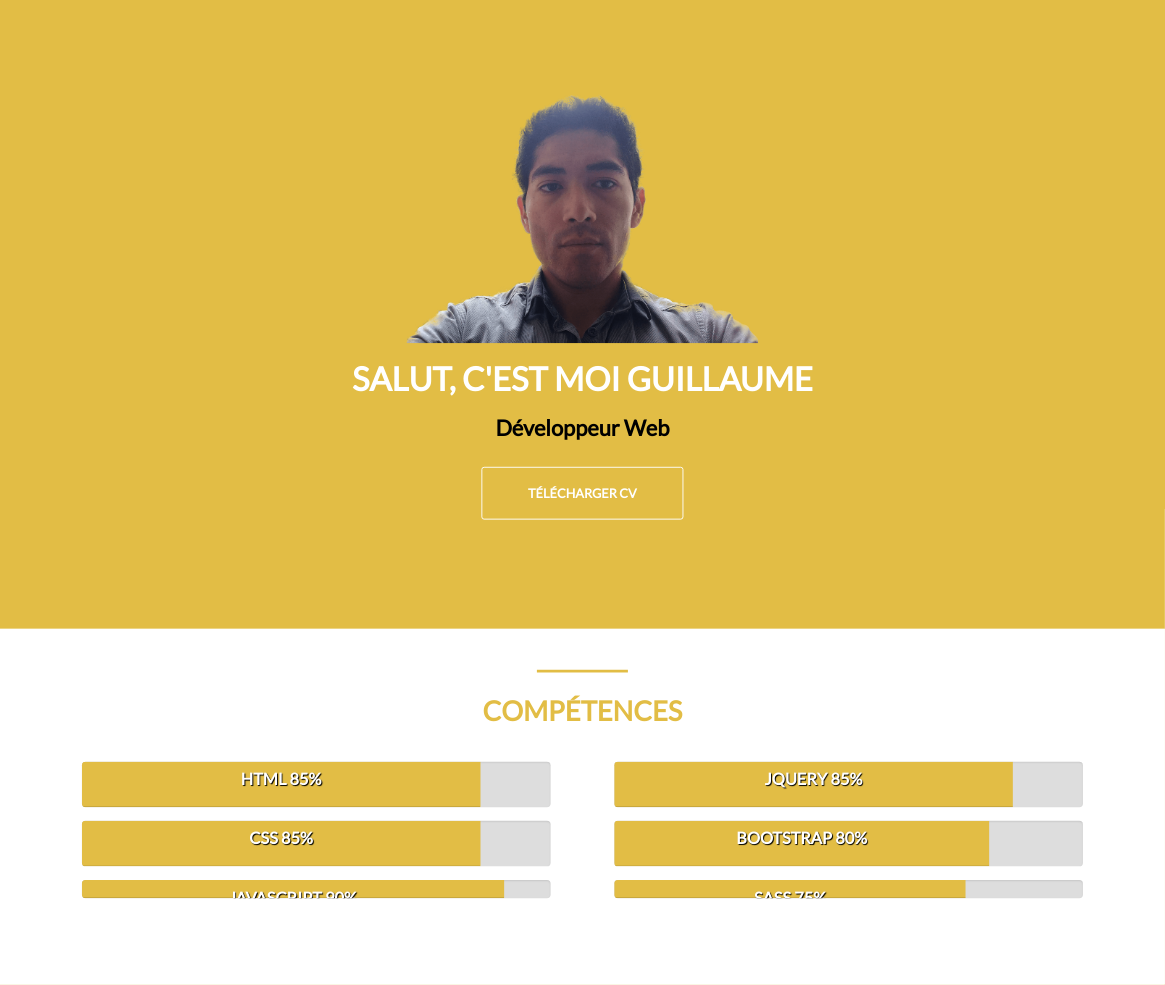
Repository: 0Memo/mon-cv
Page: index.html
The author's editor kept a copy of each file at every save. The page is drawn from the files as they stood at one save, then again after a run of saves.
The browser window is 1280 px wide. The pictures show the whole page, at 91% of full size.

Above is the page before, as saved 2020-12-28 21:25:05.

### index.html
<!DOCTYPE html>
<html lang="en">
    <head>
        <meta charset="UTF-8">
        <meta name="viewport" content="width=device-width, initial-scale=1.0">
        <meta name="description" content="Voici mon cv, vous pourrez découvrir mon parcours de formation, et mes expériences professionnelles">
        <meta name="author" content="Guillaume Mehats">
        <title>Mon CV</title>
        <link rel="preconnect" href="https://fonts.gstatic.com">
        <link href="https://fonts.googleapis.com/css2?family=Lato&display=swap" rel="stylesheet">
        <link rel="stylesheet" href="css/bootstrap.min.css">
        <link rel="stylesheet" href="css/styles.css">
        <link rel="shortcut icon" href="img/colombia.png">
    </head>
    <body>
        <section id="about" class="container-fluid">
            <div class="col-xs-8 col-md-4 profile-picture">
                <img src="img/photo.png" alt="Guillaume" class="rounded-circle">
            </div>
            <div class="heading">
                <h1>Salut, c'est moi Guillaume</h1>
                <h3>Développeur Web</h3>
                <a href="docs/CV_Guillaume_Mehats.pdf" class="button1">Télécharger CV</a>
            </div>
        </section>

        <section id="skills">
            <div class="yellow-divider">
            </div>
            <div class="heading">
                <h2>Compétences</h2>
            </div>
            <div class="container">
                <div class="row">
                    <div class="col-md-6">
                        <div class="progress">
                            <div class="progress-bar" role="progressbar" aria-valuenow="85" aria-valuemin="0" aria-valuemax="100" style="width:85%">
                                <h5>HTML 85%</h5>
                            </div>
                        </div>
                        <div class="progress">
                            <div class="progress-bar" role="progressbar" aria-valuenow="85" aria-valuemin="0" aria-valuemax="100" style="width:85%">
                                <h5>CSS 85%</h5>
                            </div>
                        </div>
                        <div class="progress">
                            <div class="progress-bar" role="progressbar" aria-valuenow="90" aria-valuemin="0" aria-valuemax="100" style="width:90%">
                                <h5>JAVASCRIPT 90%</h5>
                            </div>
                        </div>
                    </div>
                    <div class="col-md-6">
                        <div class="progress">
                            <div class="progress-bar" role="progressbar" aria-valuenow="85" aria-valuemin="0" aria-valuemax="100" style="width:85%">
                                <h5>JQUERY 85%</h5>
                            </div>
                        </div>
                        <div class="progress">
                            <div class="progress-bar" role="progressbar" aria-valuenow="80" aria-valuemin="0" aria-valuemax="100" style="width:80%">
                                <h5>BOOTSTRAP 80%</h5>
                            </div>
                        </div>
                        <div class="progress">
                            <div class="progress-bar" role="progressbar" aria-valuenow="75" aria-valuemin="0" aria-valuemax="100" style="width:75%">
                                <h5>SASS 75%</h5>
                            </div>
                        </div>
                    </div>
                </div>
            </div>
        </section>


        <script src="js/jquery-3.5.1.min.js"></script>
        <script src="https://cdn.jsdelivr.net/npm/popper.js@1.16.0/dist/umd/popper.min.js" integrity="sha384-Q6E9RHvbIyZFJoft+2mJbHaEWldlvI9IOYy5n3zV9zzTtmI3UksdQRVvoxMfooAo" crossorigin="anonymous"></script>
        <script src="js/bootstrap.min.js"></script>
        <script src="js/script.js"></script>
    </body>
</html>

### css/styles.css
body {
    font-family: 'Lato', sans-serif;
}

h1, h2, h3, h4, h5, h6 {
    font-weight: bold;
}


.profile-picture {
    text-align: center;
    margin: 0 auto;
    float: none;
}

img {
    max-width: 100%;
    height: auto;
}

section {
    padding: 45px 0 80px 0;
}

#about {
    padding-top: 100px;
    background: #e2bd45;
}

#about  .heading {
    text-align: center;
    padding-bottom: 40px;
}

#about .heading h1 {
    color: #fff;
    text-transform: uppercase;
}

#about .heading h3 {
    color: #000;
}

#about .heading .button1 {
    color: #fff;
    font-weight: bold;
    text-transform: uppercase;
    border: 1px solid #fff;
    margin-top: 20px;
    display: inline-block;
    padding: 18px 50px;
    border-radius: 3px;
    transition: all 0.3s ease-in 0s;
}

#about .heading .button1:hover {
    text-decoration: none;
    background: #fff;
    color: #e2bd45;
}

#skills {
    background: #fff;
}

#skills .yellow-divider {
    width: 100px;
    height: 3px;
    background: #e2bd45;
    margin: 0 auto;
}

#skills .heading h2 {
    color: #e2bd45;
    text-align: center;
    text-transform: uppercase;
    margin: 25px;
}

#skills .progress {
    margin: 15px 20px;
    background: #ddd;
}

#skills .progress:not(:last-child) {
    height: 50px;
}

#skills .progress .progress-bar {
    background: #e2bd45;
}


#skills .progress .progress-bar h5 {
    text-shadow: 1px 1px 1px #000;
    font-size: 18px;
    line-height: 18px;
}

Loaded but not shown: css/bootstrap.min.css (library); js/jquery-3.5.1.min.js (library); js/bootstrap.min.js (library); js/script.js (no copy from this time; the picture is the same without it)

After the next 2 saves:
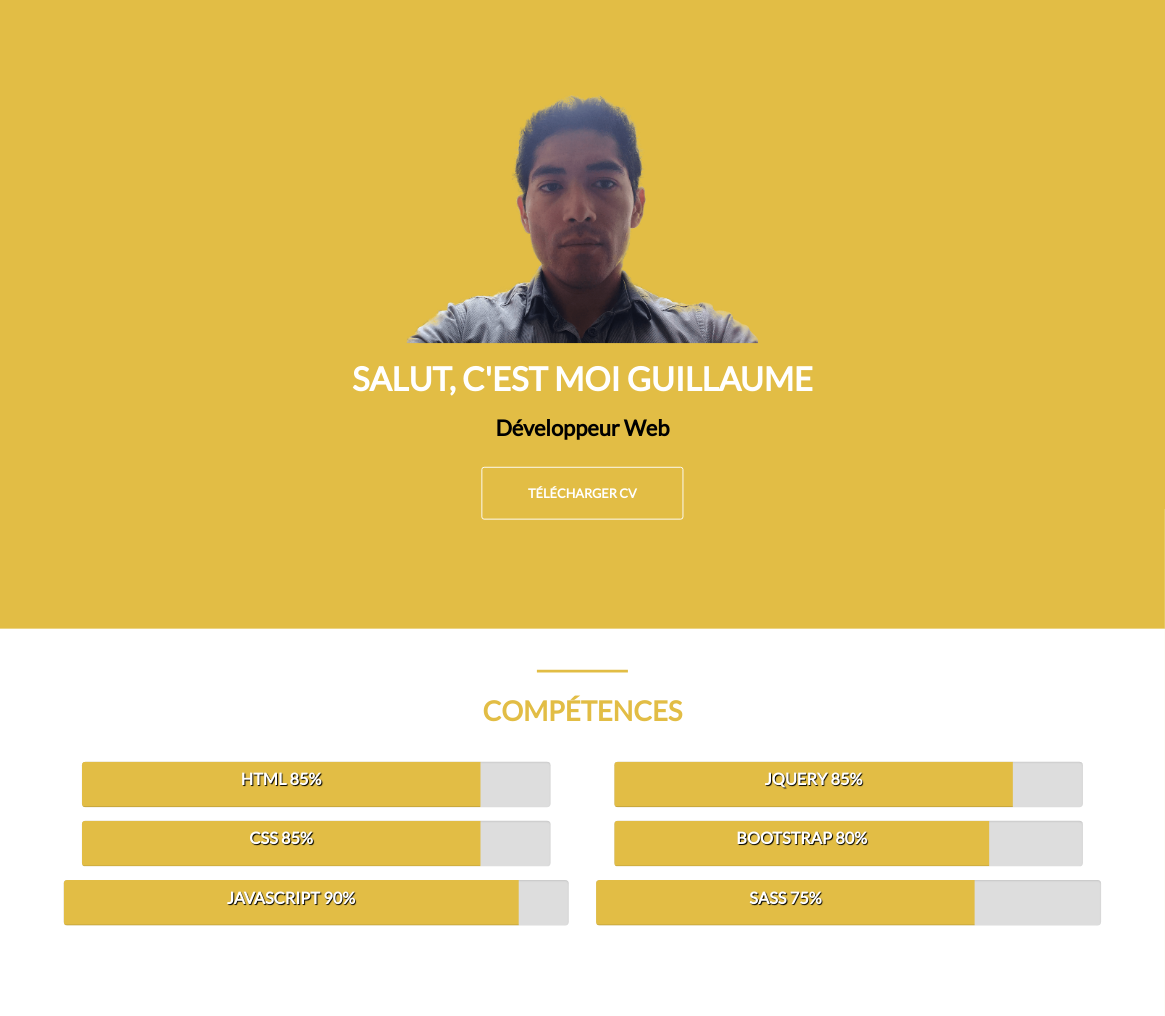
The 2 saves are shown as one change because they came seconds apart.
The last was saved 11 s later.
--- a/css/styles.css
+++ b/css/styles.css
@@ -78,12 +78,13 @@ section {
 }
 
 #skills .progress {
-    margin: 15px 20px;
+    height: 50px;
     background: #ddd;
 }
 
 #skills .progress:not(:last-child) {
-    height: 50px;
+    margin: 15px 20px;
+
 }
 
 #skills .progress .progress-bar {
